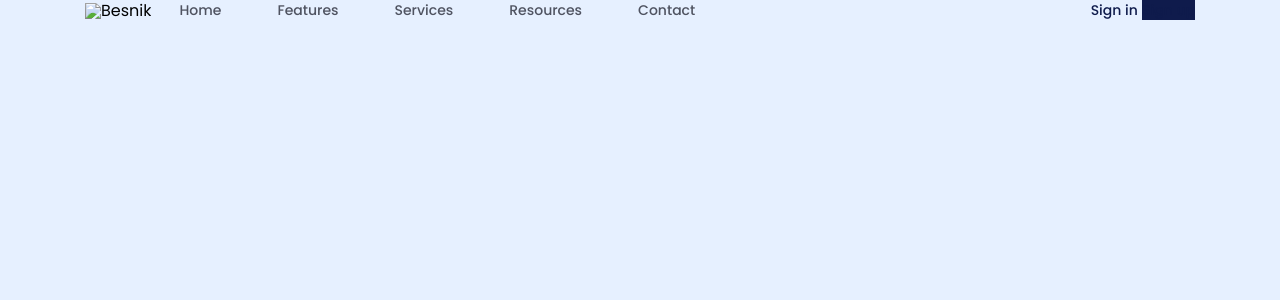
Repository: Phu2992/htmlcss-f8-01
Page: index.html
These files come from the project's save history. The page is drawn as it stood at one moment and after the next save; the edit follows.
The browser window is 1280 px wide. The pictures show the whole page.

Above is the page before, as saved 2024-09-25 22:08:48.

After the next save:
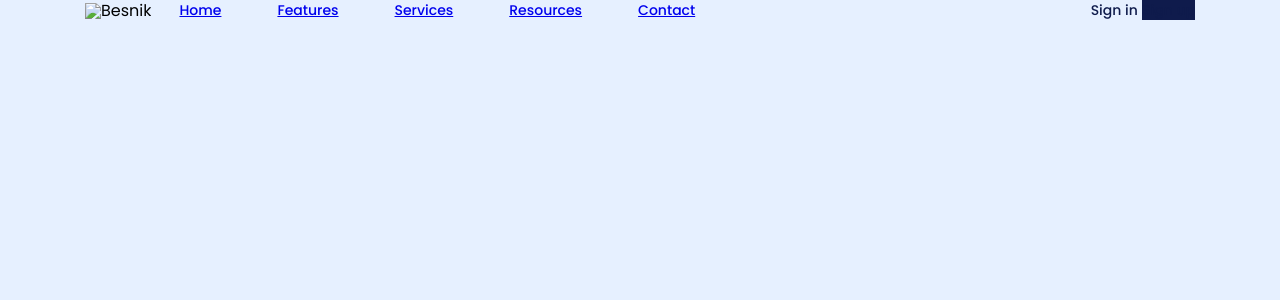
Saved 102 s later.
--- a/index.html
+++ b/index.html
@@ -15,11 +15,11 @@
                 <nav class="navbar">
                     <img src="./assets/img/logo.svg" alt="Besnik" />
                     <ul>
-                        <li>Home</li>
-                        <li>Features</li>
-                        <li>Services</li>
-                        <li>Resources</li>
-                        <li>Contact</li>
+                        <li><a href="#!">Home</a></li>
+                        <li><a href="#!">Features</a></li>
+                        <li><a href="#!">Services</a></li>
+                        <li><a href="#!">Resources</a></li>
+                        <li><a href="#!">Contact</a></li>
                     </ul>
                     <div class="action">
                         <a href="#!">Sign in</a>
